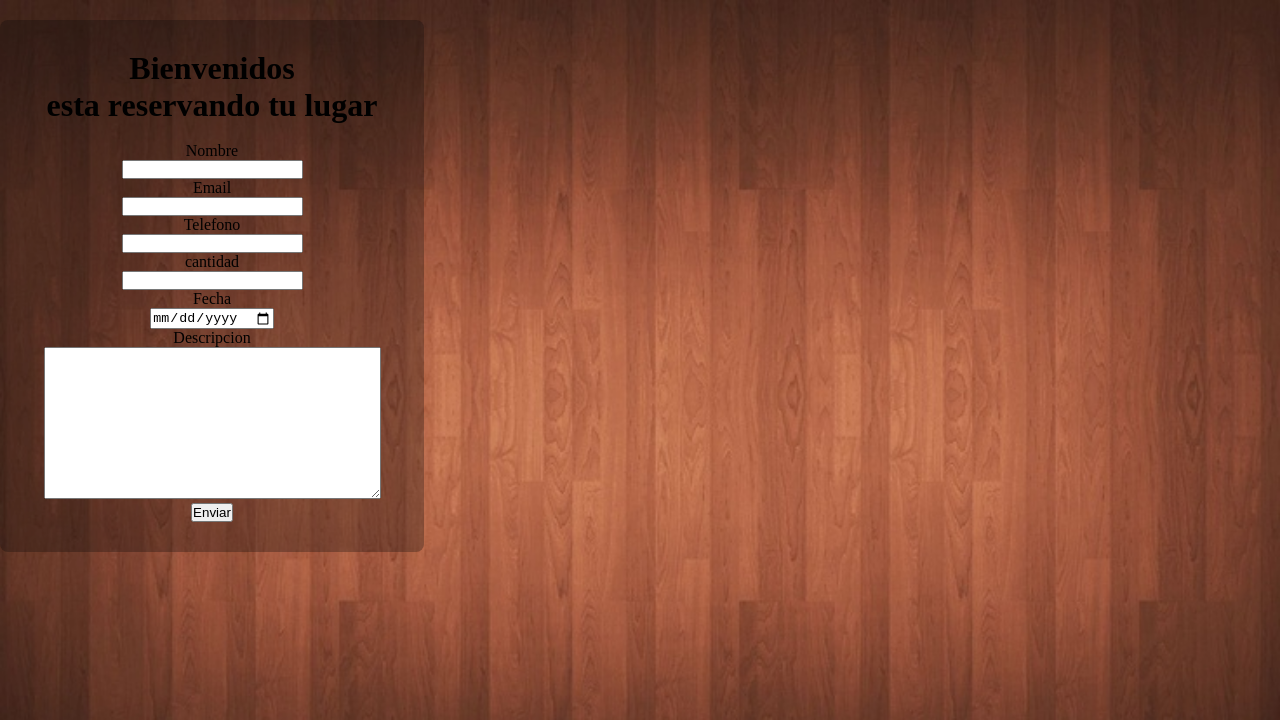
Repository: ye909/aplicacion_restaurante
Page: public/templeis/reserva.html
These files come from the project's save history. The page is drawn as it stood at one moment and after the next save; the edit follows.
The browser window is 1280 px wide. The pictures show the whole page.

Above is the page before, as saved 2024-10-30 22:41:54.

After the next save:
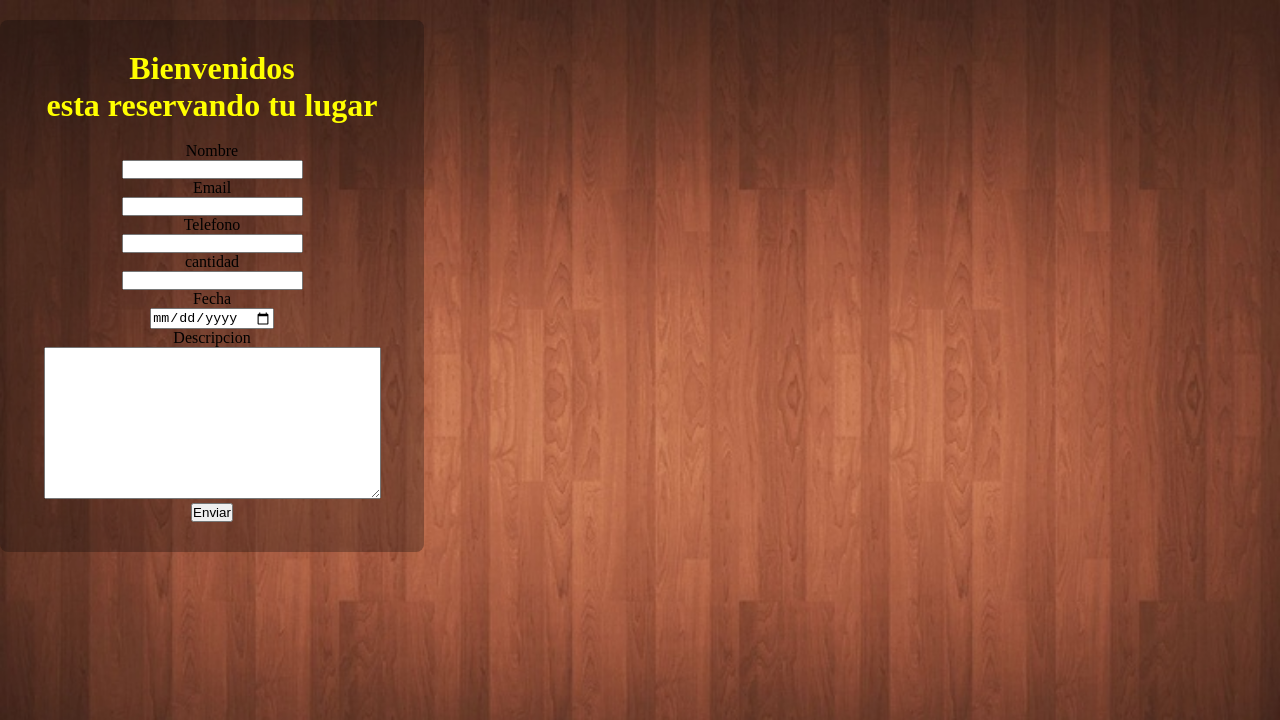
Saved 75 s later.
--- a/public/css/reserva.css
+++ b/public/css/reserva.css
@@ -24,6 +24,24 @@
   text-align: center;
   padding: 10px;
 }
+
+h1{
+  color:yellow;
+}
+
+
+
+
+
+
+
+
+
+
+
+
+
+
 /* .container_fondo{
 
     display: flex;
@@ -32,8 +50,8 @@
     flex-direction: row;
     flex-wrap: wrap;
     margin-right: 20px;
-    } */
-  /*
+    }
+
   .title {
     text-align: center;
     font-size: 24px;
@@ -43,9 +61,7 @@
   .form-group {
     margin-bottom: 15px;
   }
-  h2,h1{
-    color:yellow;
-  }
+
   label { */
     /* display: block; */
     /* margin-bottom: 5px; */
